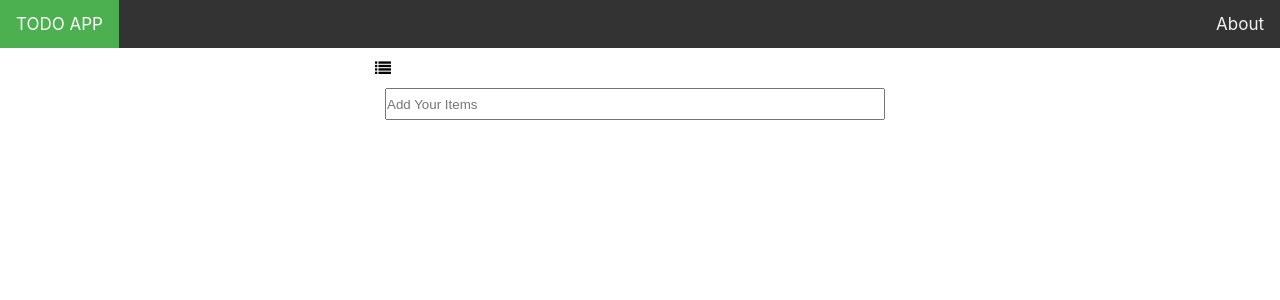
Repository: hoangphuong965/myTodoList
Page: /
These files come from the project's save history. The page is drawn as it stood at one moment and after the next save; the edit follows.
The browser window is 1280 px wide. The pictures show the whole page.
The project was rebuilt for these pictures with package versions that can differ from the ones it lists, and the page was loaded fresh each time.

Above is the page before, as saved 2020-06-01 09:40:15.

After the next save:
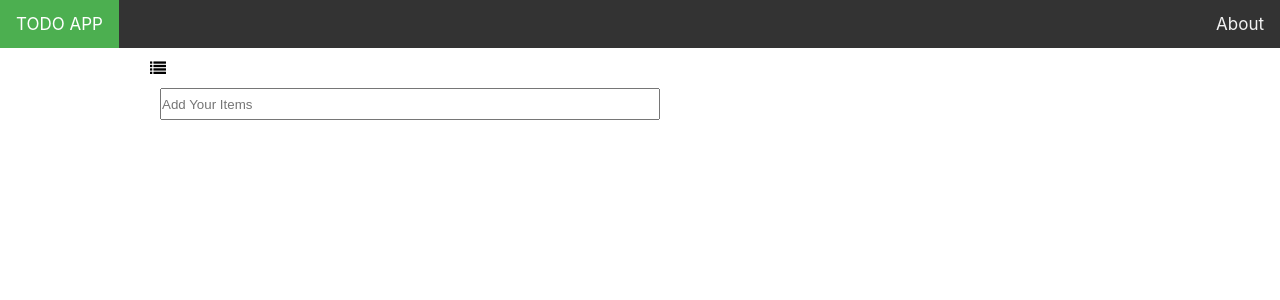
Saved 29 s later.
--- a/src/components/todo.css
+++ b/src/components/todo.css
@@ -6,7 +6,7 @@
 
 .container{
     margin: 0 auto;
-    width: 550px;
+    width: 1000px;
 }
 
 .input{
